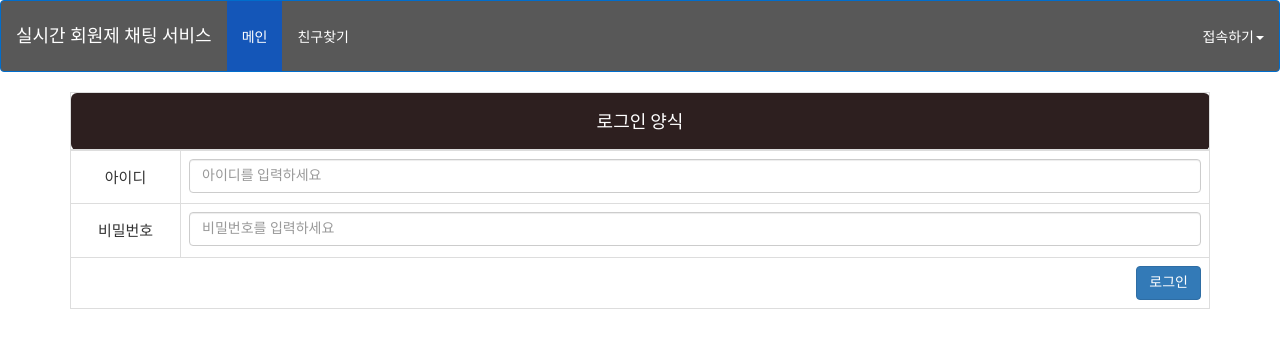
Repository: kkoseunghyun/javaAjaxChat
Page: http://localhost/UserChat/login.jsp
These files come from the project's save history. The page is drawn as it stood at one moment and after the next save; the edit follows.
The browser window is 1280 px wide. The pictures show the whole page.
Some web fonts or font styles are not loaded; a fallback is used. Some web libraries are served in a nearby version. The page is served by Tomcat 9.

Above is the page before, as saved 2019-05-29 08:21:44.

After the next save:
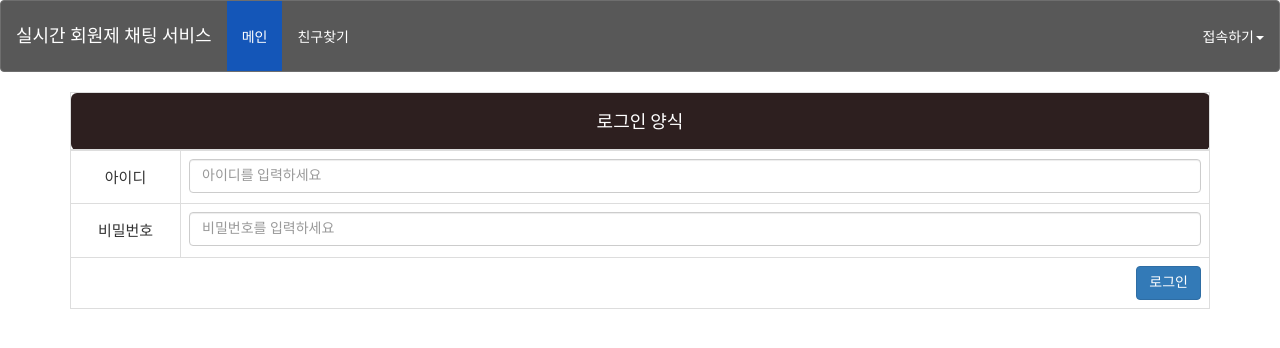
Saved 37 s later.
--- a/JspAjax/UserChat/WebContent/css/custom2.css
+++ b/JspAjax/UserChat/WebContent/css/custom2.css
@@ -17,7 +17,7 @@ a:hover{
 /* 네비게이션 영역 */
 .navbar-default{    /* 배경 색상*/
     background-color: #585858;
-    border-color: #006DCC;
+    border-color: #6E6E6E;
 }
 .navbar-default .navbar-brand{ /* 내비게이션 제목 생상 */
     color: #ffffff;
